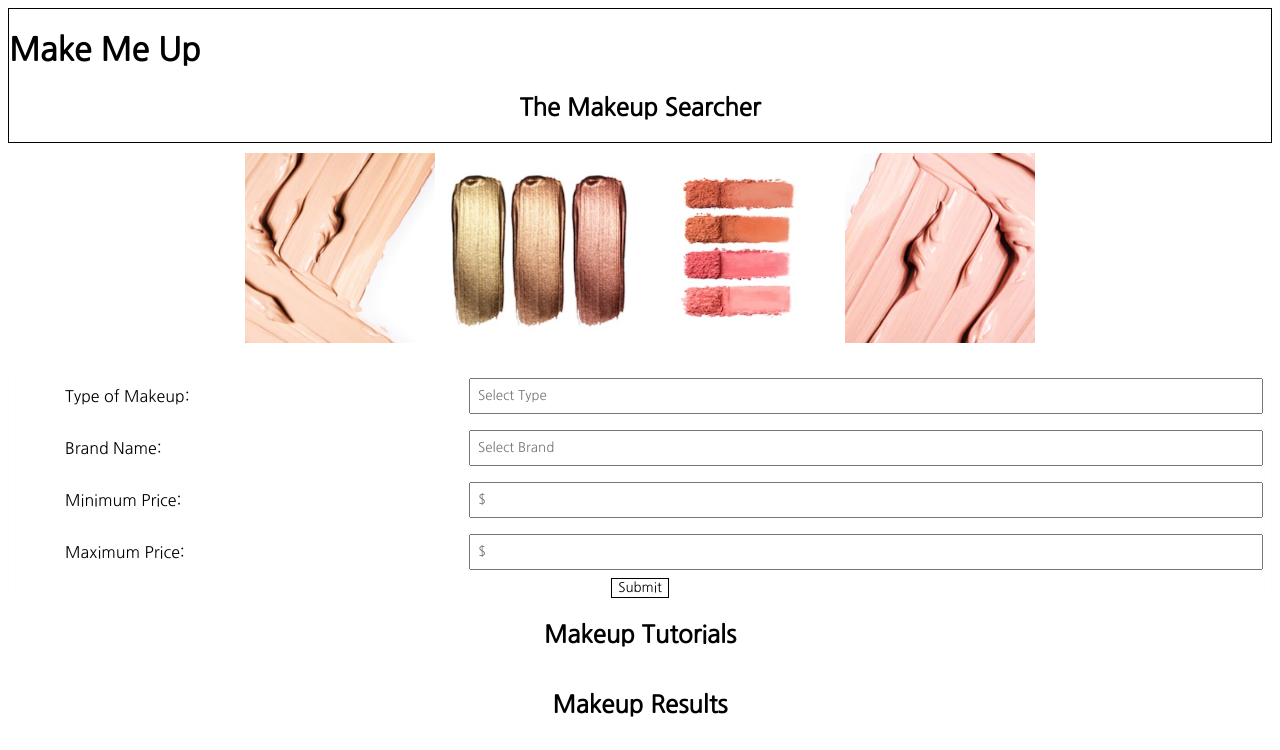
Repository: kaitlynMidori/MakeMeUp
Page: index.html
The author's editor kept a copy of each file at every save. The page is drawn from the files as they stood at one save, then again after the next save.
The browser window is 1280 px wide. The pictures show the whole page.

Above is the page before, as saved 2020-12-11 12:38:43.

After the next save:
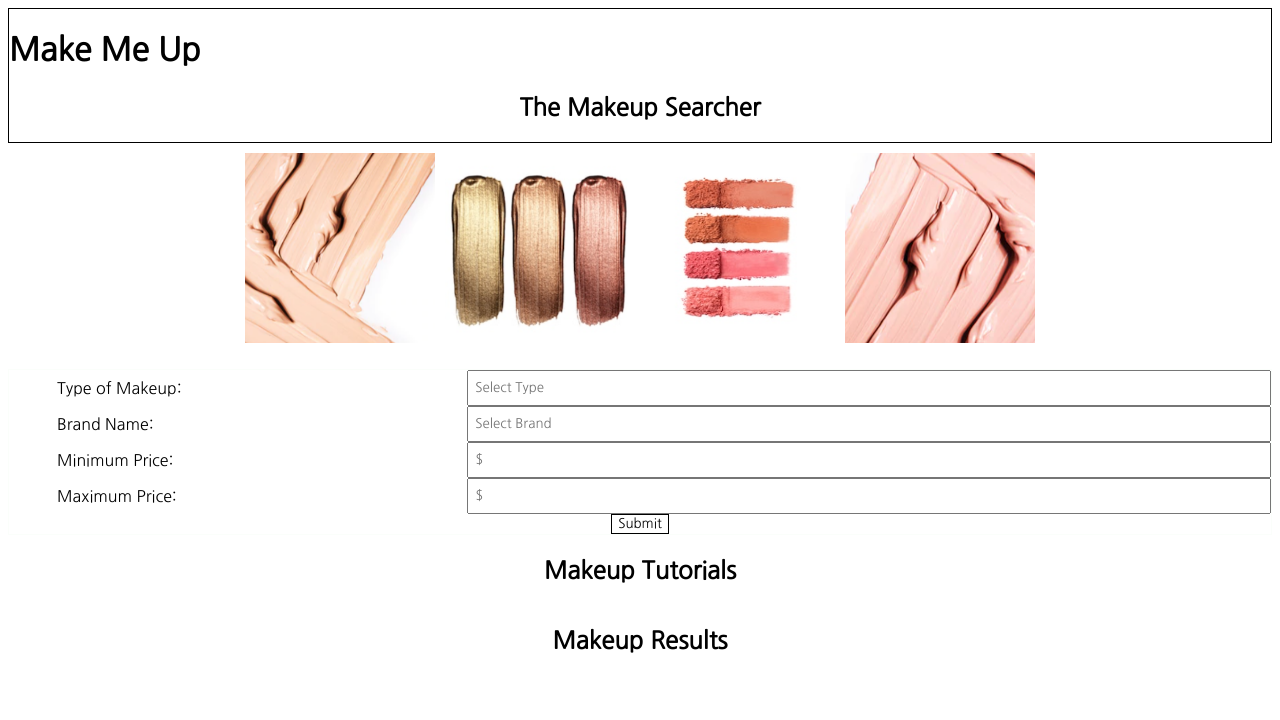
Saved 47 s later.
--- a/style.css
+++ b/style.css
@@ -50,7 +50,7 @@
 .form-row {
     display: flex;
     justify-content: center;
-    padding: .5em;
+
 }
 
 .form-row >label {

After the save that followed:
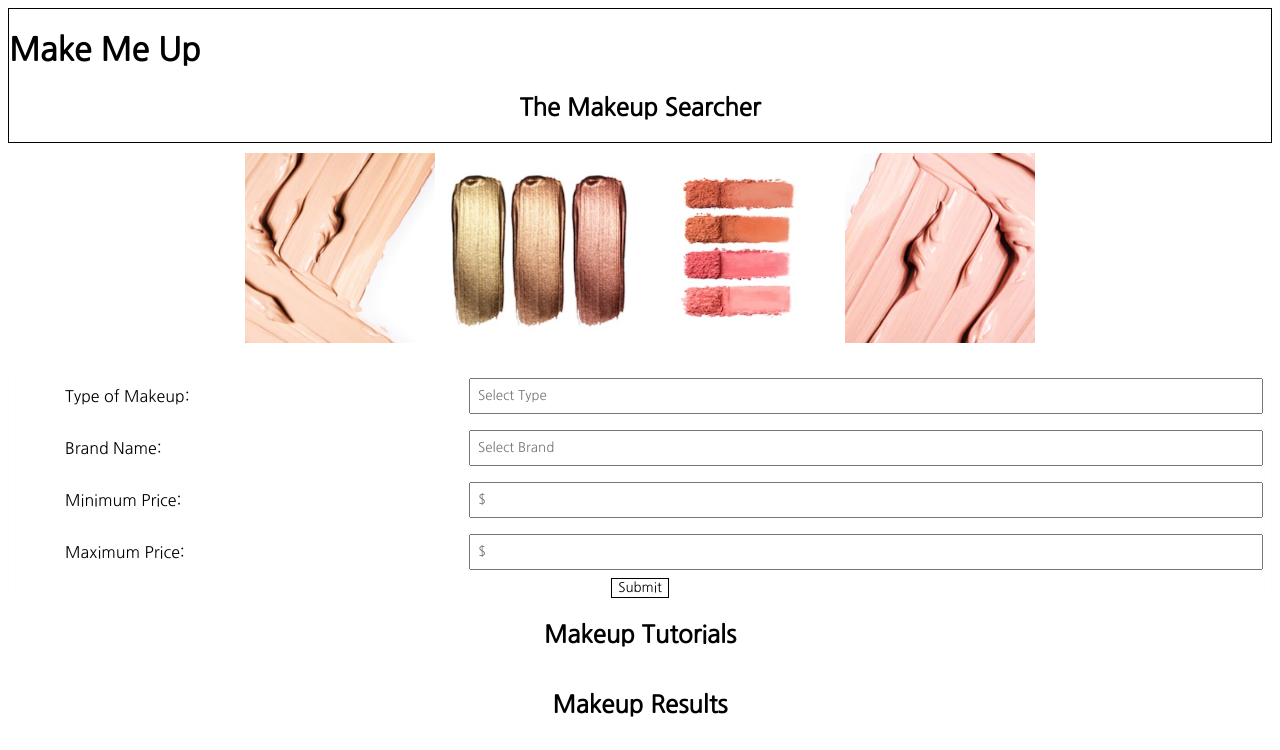
Saved 10 s later.
--- a/style.css
+++ b/style.css
@@ -50,7 +50,7 @@
 .form-row {
     display: flex;
     justify-content: center;
-
+    padding: .5em;
 }
 
 .form-row >label {
